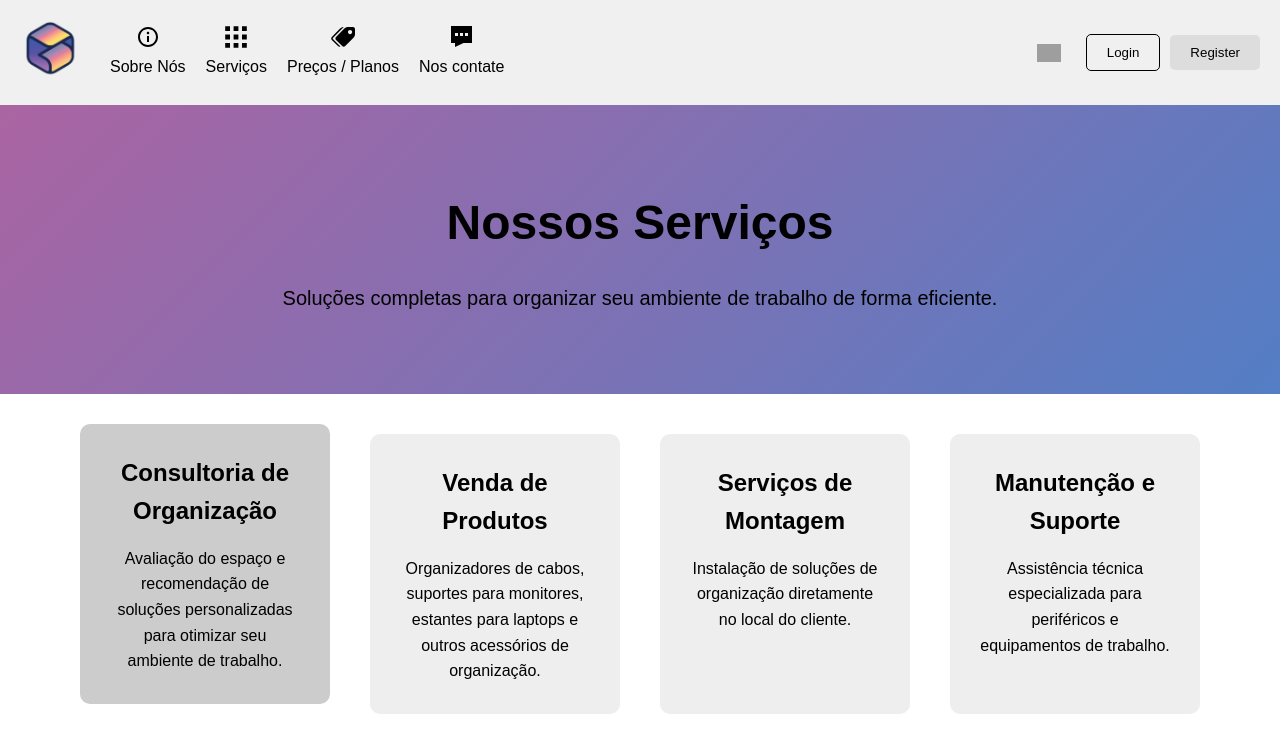
Repository: Gabrielb0rn/0EasyDesk.io
Page: 0Easydesk1/services.html
An editor plug-in stored every save of this project. The page is shown before and after the next save, followed by the edit.
The browser window is 1280 px wide. The pictures show the whole page.
The pointer rests on the first visible `.service-item`.
Pictures or frames that could not be fetched are drawn as grey boxes.

Above is the page before, as saved 2024-09-16 20:13:52.

After the next save:
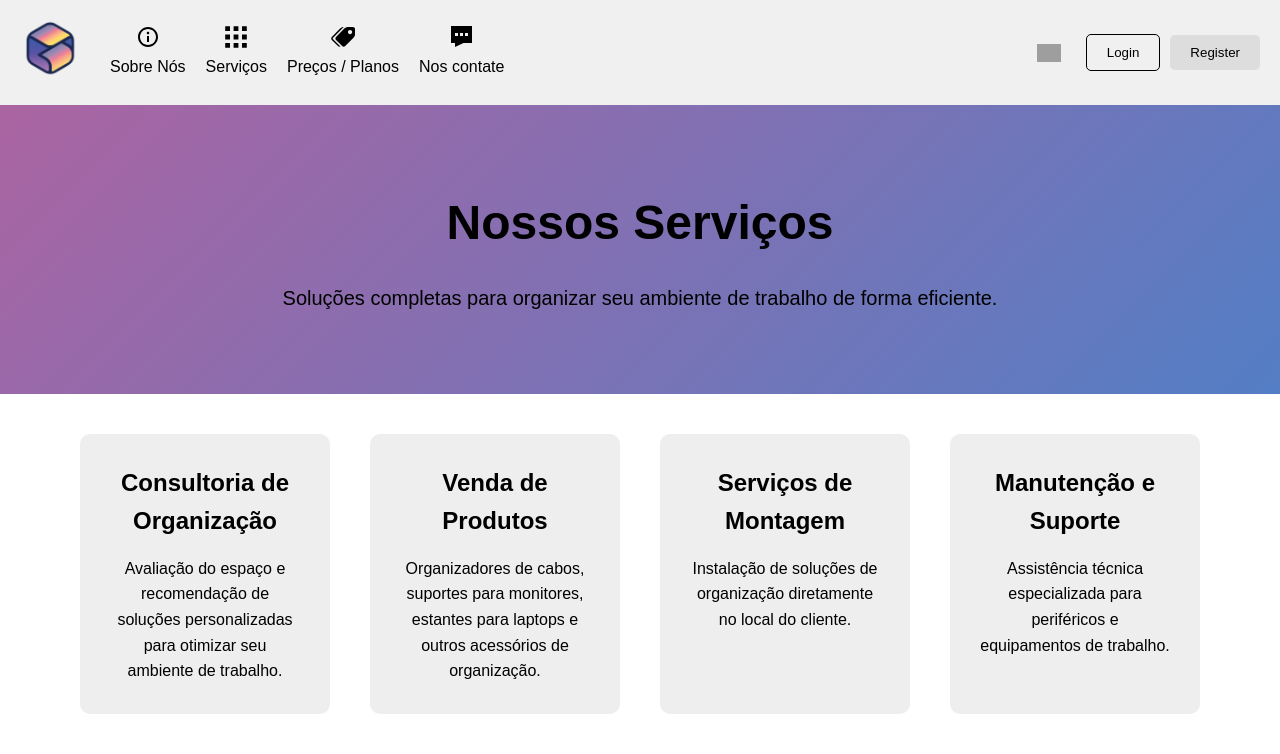
Saved 64 s later.
--- a/0Easydesk1/assets/style.css
+++ b/0Easydesk1/assets/style.css
@@ -561,10 +561,6 @@
     transition: transform 0.3s ease, background-color 0.3s ease;
 }
 
-.service-item:hover {
-    transform: translateY(-10px);
-    background-color: var(--card-hover-color);
-}
 
 .service-item h2 {
     font-size: 24px;

After the save that followed:
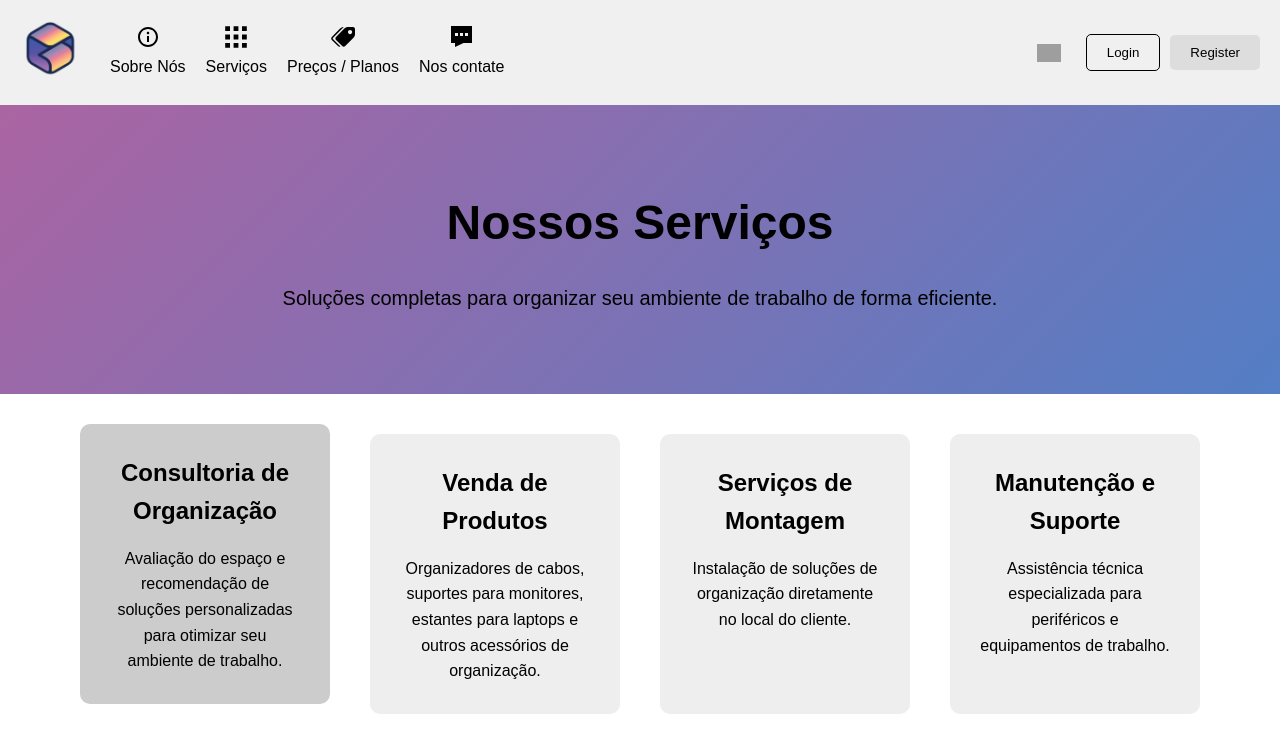
Saved 24 s later.
--- a/0Easydesk1/assets/style.css
+++ b/0Easydesk1/assets/style.css
@@ -561,6 +561,10 @@
     transition: transform 0.3s ease, background-color 0.3s ease;
 }
 
+.service-item:hover {
+    transform: translateY(-10px);
+    background-color: var(--card-hover-color);
+}
 
 .service-item h2 {
     font-size: 24px;
